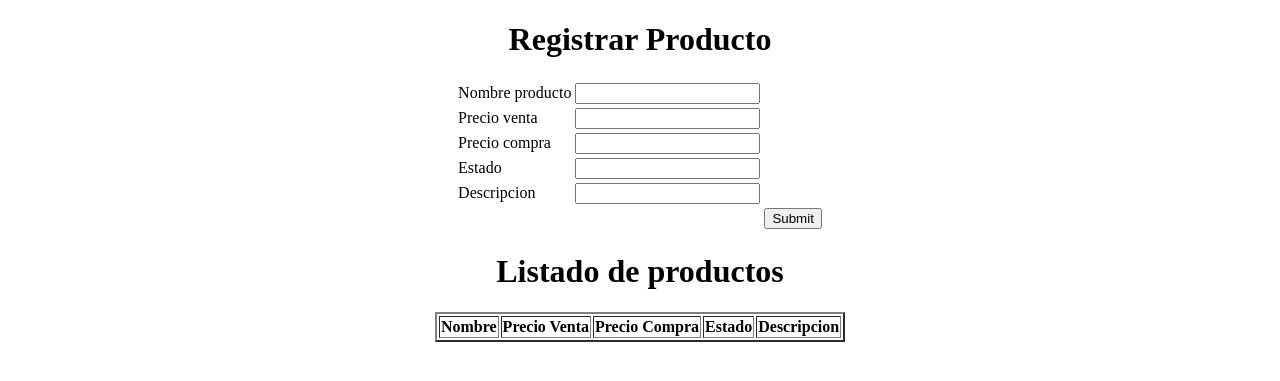
Repository: NayshaOCruz98/CL2ORTIZ
Page: http://localhost/LPII_CL2_ORTIZCRUZNAYSHA/ControladorServletprod
These files come from the project's save history. The page is drawn as it stood at one moment and after the next save; the edit follows.
The browser window is 1280 px wide. The pictures show the whole page.
The page is served by Tomcat 9.

Above is the page before, as saved 2023-10-24 21:22:24.

After the next save:
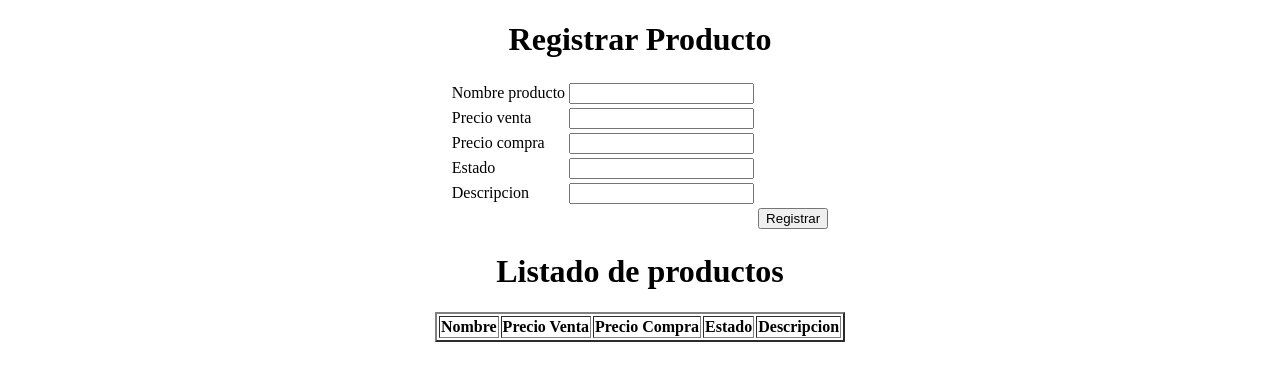
Saved 29 s later.
--- a/LPII_CL2_ORTIZCRUZNAYSHA/src/main/webapp/RegistrarProducto.jsp
+++ b/LPII_CL2_ORTIZCRUZNAYSHA/src/main/webapp/RegistrarProducto.jsp
@@ -35,7 +35,7 @@
 </tr>
 <tr>
 <td colspan="2" ></td>
-<td align="center"><input type="submit" name="Registra Producto">
+<td align="center"><input type="submit" name="Registra Producto" value="Registrar">
 </td>
 </tr>
 </table>
